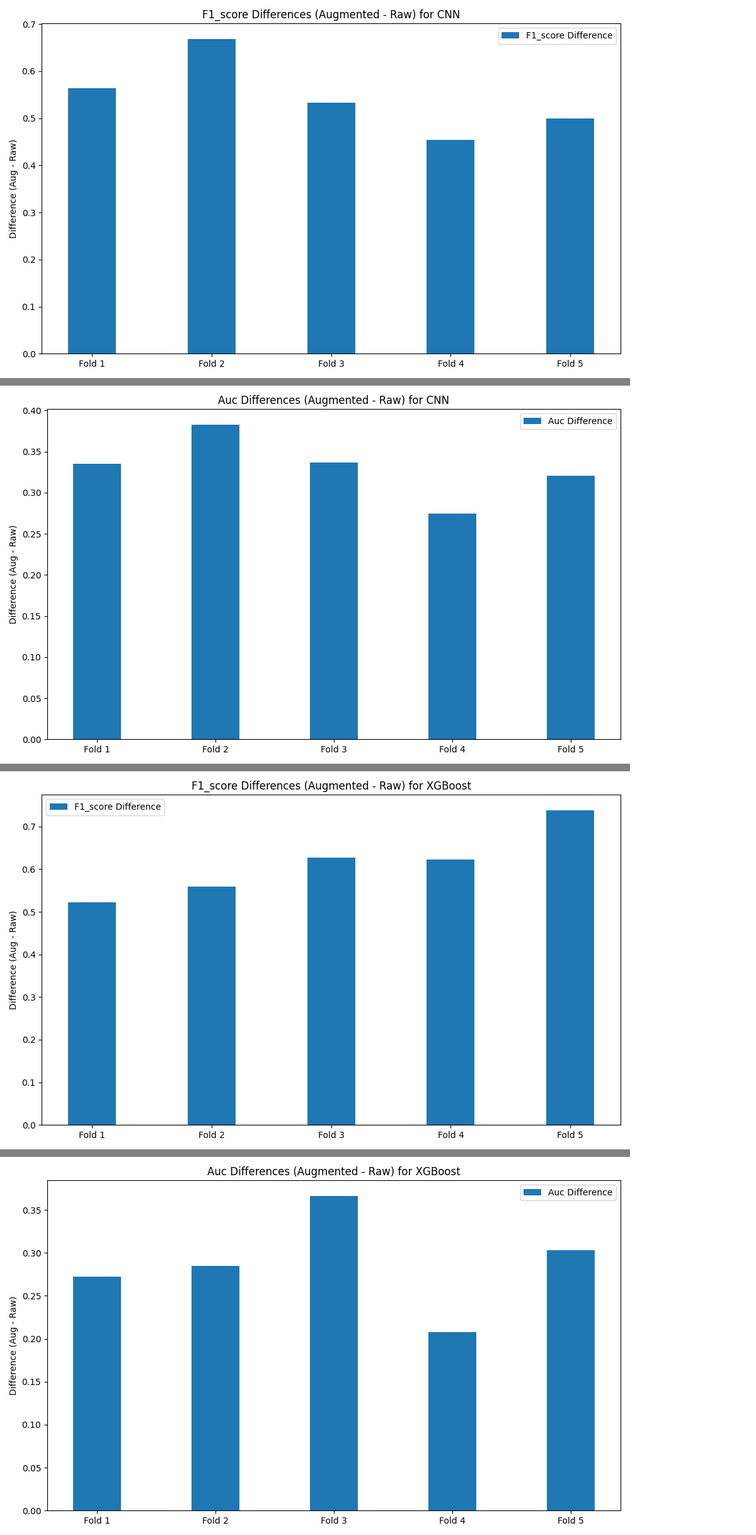
Repository: Hanqk97/COVID-19_Audio_Detection_Project
Script's output: python Plot/grounped_bar_chart.py
The author's editor kept a copy of each file at every save. The script's output is drawn from the files as they stood at one save, then again after the next save.
The pictures are shown at 63% of full size.
Each picture stacks the figures in order, with grey between them; figures that are only written to a file come last. Random numbers start from a fixed seed.

Above is the script's output before, as saved 2024-12-03 17:29:33.

### Plot/grounped_bar_chart.py
import json
import numpy as np
import matplotlib.pyplot as plt

output_dir = "Plot"

# Load the JSON data
with open("result/summary.json", "r") as f:
    data = json.load(f)

# Function to calculate differences for each fold
def calculate_differences(model_name, metric_name):
    raw_values = [data[model_name][f"raw_{i+1}"][metric_name] for i in range(5)]
    aug_values = [data[model_name][f"aug_{i+1}"][metric_name] for i in range(5)]
    differences = [aug - raw for raw, aug in zip(raw_values, aug_values)]
    return differences

# Function to plot grouped bar chart
def plot_grouped_bar_chart(model_name, metric_differences, metric_name, filename):
    x_labels = [f"Fold {i+1}" for i in range(5)]
    x = np.arange(len(x_labels))  # the label locations
    width = 0.4  # the width of the bars

    fig, ax = plt.subplots(figsize=(10, 6))
    ax.bar(x, metric_differences, width, label=f'{metric_name.capitalize()} Difference')

    # Add labels, title, and legend
    ax.set_ylabel('Difference (Aug - Raw)')
    ax.set_title(f'{metric_name.capitalize()} Differences (Augmented - Raw) for {model_name}')
    ax.set_xticks(x)
    ax.set_xticklabels(x_labels)
    ax.legend()

    # Save the plot
    plt.tight_layout()
    plt.savefig(filename)
    plt.close()

# Generate and save grouped bar charts for each model
models = ["CNN", "XGBoost"]
metrics = ["f1_score", "auc"]

for model in models:
    for metric in metrics:
        differences = calculate_differences(model, metric)
        filename = f"{output_dir}/{model.lower()}_{metric}_differences_bar_chart.png"
        plot_grouped_bar_chart(model, differences, metric, filename)

### result/summary.json
{
    "CNN":{
        "raw_1":{
            "f1_score": 0.23076923076923078,
            "precision": 0.35294117647058826,
            "recall": 0.17142857142857143,
            "accuracy": 0.7927461139896373,
            "auc": 0.5509041591320073
        },
        "raw_2":{
            "f1_score": 0.23076923076923078,
            "precision": 0.35294117647058826,
            "recall": 0.17142857142857143,
            "accuracy": 0.7927461139896373,
            "auc": 0.5509041591320073
        },
        "raw_3":{
            "f1_score": 0.30508474576271183,
            "precision": 0.375,
            "recall": 0.2571428571428571,
            "accuracy": 0.7875647668393783,
            "auc": 0.5811030741410488
        },
        "raw_4":{
            "f1_score": 0.42857142857142855,
            "precision": 0.4166666666666667,
            "recall": 0.4411764705882353,
            "accuracy": 0.7916666666666666,
            "auc": 0.654132539091586
        },
        "raw_5":{
            "f1_score": 0.35820895522388063,
            "precision": 0.35294117647058826,
            "recall": 0.36363636363636365,
            "accuracy": 0.7724867724867724,
            "auc": 0.6113053613053614
        },
        "aug_1":{
            "f1_score": 0.7945205479452055,
            "precision": 0.7631578947368421,
            "recall": 0.8285714285714286,
            "accuracy": 0.9222797927461139,
            "auc": 0.8858047016274865
        },
        "aug_2":{
            "f1_score": 0.8985507246376812,
            "precision": 0.9117647058823529,
            "recall": 0.8857142857142857,
            "accuracy": 0.9637305699481865,
            "auc": 0.9333634719710668
        },
        "aug_3":{
            "f1_score": 0.8378378378378378,
            "precision": 0.7948717948717948,
            "recall": 0.8857142857142857,
            "accuracy": 0.9378238341968912,
            "auc": 0.9175406871609403
        },
        "aug_4":{
            "f1_score": 0.8823529411764706,
            "precision": 0.8823529411764706,
            "recall": 0.8823529411764706,
            "accuracy": 0.9583333333333334,
            "auc": 0.9285182427401341
        },
        "aug_5":{
            "f1_score": 0.8571428571428571,
            "precision": 0.8108108108108109,
            "recall": 0.9090909090909091,
            "accuracy": 0.9470899470899471,
            "auc": 0.9321095571095571
        },
        "train":{
            "f1_score": 0.8024106257351653,
            "precision": 0.7915644429804949,
            "recall": 0.818831016016817,
            "accuracy": 0.7988750669603,
            "auc": 0.799090689569917
        }
    },
    "XGBoost":{
        "raw_1":{
            "f1_score": 0.3636363636363636,
            "precision": 0.8888888888888888,
            "recall": 0.22857142857142856,
            "accuracy": 0.8549222797927462,
            "auc": 0.722242314647378
        },
        "raw_2":{
            "f1_score": 0.3555555555555555,
            "precision": 0.8,
            "recall": 0.22857142857142856,
            "accuracy": 0.8497409326424871,
            "auc": 0.7056057866184449
        },
        "raw_3":{
            "f1_score": 0.23809523809523808,
            "precision": 0.7142857142857143,
            "recall": 0.14285714285714285,
            "accuracy": 0.8341968911917098,
            "auc": 0.6242314647377939
        },
        "raw_4":{
            "f1_score": 0.27906976744186046,
            "precision": 0.6666666666666666,
            "recall": 0.17647058823529413,
            "accuracy": 0.8385416666666666,
            "auc": 0.7870439314966493
        },
        "raw_5":{
            "f1_score": 0.15789473684210525,
            "precision": 0.6,
            "recall": 0.09090909090909091,
            "accuracy": 0.8306878306878307,
            "auc": 0.6870629370629371
        },
        "aug_1":{
            "f1_score": 0.8857142857142857,
            "precision": 0.8857142857142857,
            "recall": 0.8857142857142857,
            "accuracy": 0.9585492227979274,
            "auc": 0.9942133815551537
        },
        "aug_2":{
            "f1_score": 0.9142857142857143,
            "precision": 0.9142857142857143,
            "recall": 0.9142857142857143,
            "accuracy": 0.9689119170984456,
            "auc": 0.9902350813743219
        },
        "aug_3":{
            "f1_score": 0.8648648648648648,
            "precision": 0.8205128205128205,
            "recall": 0.9142857142857143,
            "accuracy": 0.9481865284974094,
            "auc": 0.9902350813743218
        },
        "aug_4":{
            "f1_score": 0.9014084507042254,
            "precision": 0.8648648648648649,
            "recall": 0.9411764705882353,
            "accuracy": 0.9635416666666666,
            "auc": 0.9949739389426657
        },
        "aug_5":{
            "f1_score": 0.8955223880597014,
            "precision": 0.8823529411764706,
            "recall": 0.9090909090909091,
            "accuracy": 0.9629629629629629,
            "auc": 0.9904817404817404
        },
        "train":{
            "f1_score": 0.8461765336593803,
            "precision": 0.844392509161769,
            "recall": 0.8490103258061852,
            "accuracy": 0.8461678868321331,
            "auc": 0.9229407548490167
        }
    }
}

After the next save:
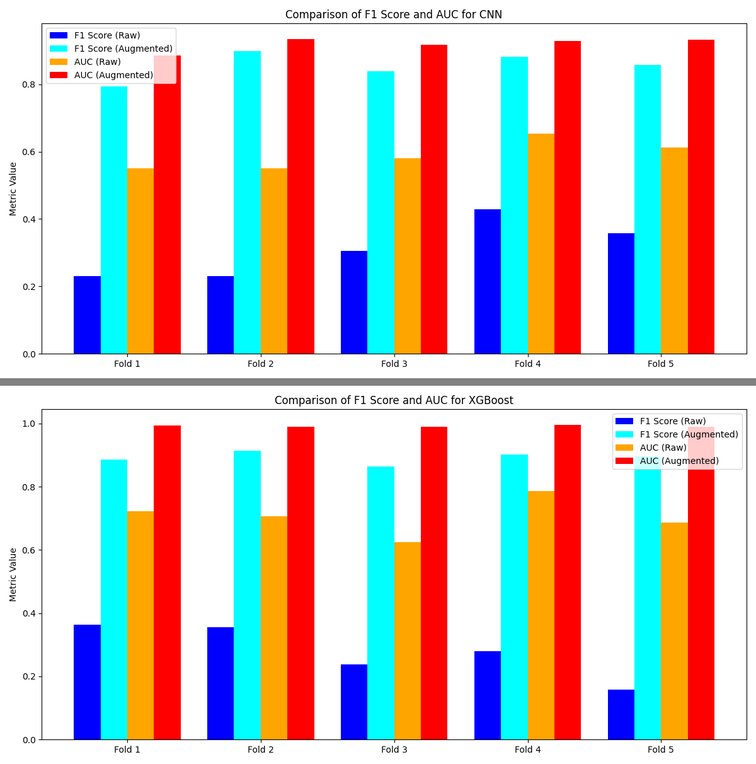
Saved 2 min 33 s later.
--- a/Plot/grounped_bar_chart.py
+++ b/Plot/grounped_bar_chart.py
@@ -8,25 +8,29 @@ output_dir = "Plot"
 with open("result/summary.json", "r") as f:
     data = json.load(f)
 
-# Function to calculate differences for each fold
-def calculate_differences(model_name, metric_name):
+# Function to extract values for raw and augmented data
+def extract_values(model_name, metric_name):
     raw_values = [data[model_name][f"raw_{i+1}"][metric_name] for i in range(5)]
     aug_values = [data[model_name][f"aug_{i+1}"][metric_name] for i in range(5)]
-    differences = [aug - raw for raw, aug in zip(raw_values, aug_values)]
-    return differences
+    return raw_values, aug_values
 
 # Function to plot grouped bar chart
-def plot_grouped_bar_chart(model_name, metric_differences, metric_name, filename):
+def plot_grouped_bar_chart(model_name, raw_f1, aug_f1, raw_auc, aug_auc, filename):
     x_labels = [f"Fold {i+1}" for i in range(5)]
     x = np.arange(len(x_labels))  # the label locations
-    width = 0.4  # the width of the bars
+    width = 0.2  # the width of the bars
 
-    fig, ax = plt.subplots(figsize=(10, 6))
-    ax.bar(x, metric_differences, width, label=f'{metric_name.capitalize()} Difference')
+    fig, ax = plt.subplots(figsize=(12, 6))
+
+    # Plot bars for F1 Score and AUC
+    ax.bar(x - 1.5 * width, raw_f1, width, label='F1 Score (Raw)', color='blue')
+    ax.bar(x - 0.5 * width, aug_f1, width, label='F1 Score (Augmented)', color='cyan')
+    ax.bar(x + 0.5 * width, raw_auc, width, label='AUC (Raw)', color='orange')
+    ax.bar(x + 1.5 * width, aug_auc, width, label='AUC (Augmented)', color='red')
 
     # Add labels, title, and legend
-    ax.set_ylabel('Difference (Aug - Raw)')
-    ax.set_title(f'{metric_name.capitalize()} Differences (Augmented - Raw) for {model_name}')
+    ax.set_ylabel('Metric Value')
+    ax.set_title(f'Comparison of F1 Score and AUC for {model_name}')
     ax.set_xticks(x)
     ax.set_xticklabels(x_labels)
     ax.legend()
@@ -38,10 +42,9 @@ def plot_grouped_bar_chart(model_name, metric_differences, metric_name, filename
 
 # Generate and save grouped bar charts for each model
 models = ["CNN", "XGBoost"]
-metrics = ["f1_score", "auc"]
 
 for model in models:
-    for metric in metrics:
-        differences = calculate_differences(model, metric)
-        filename = f"{output_dir}/{model.lower()}_{metric}_differences_bar_chart.png"
-        plot_grouped_bar_chart(model, differences, metric, filename)
+    raw_f1, aug_f1 = extract_values(model, "f1_score")
+    raw_auc, aug_auc = extract_values(model, "auc")
+    filename = f"{output_dir}/{model.lower()}_f1_auc_comparison_bar_chart.png"
+    plot_grouped_bar_chart(model, raw_f1, aug_f1, raw_auc, aug_auc, filename)
